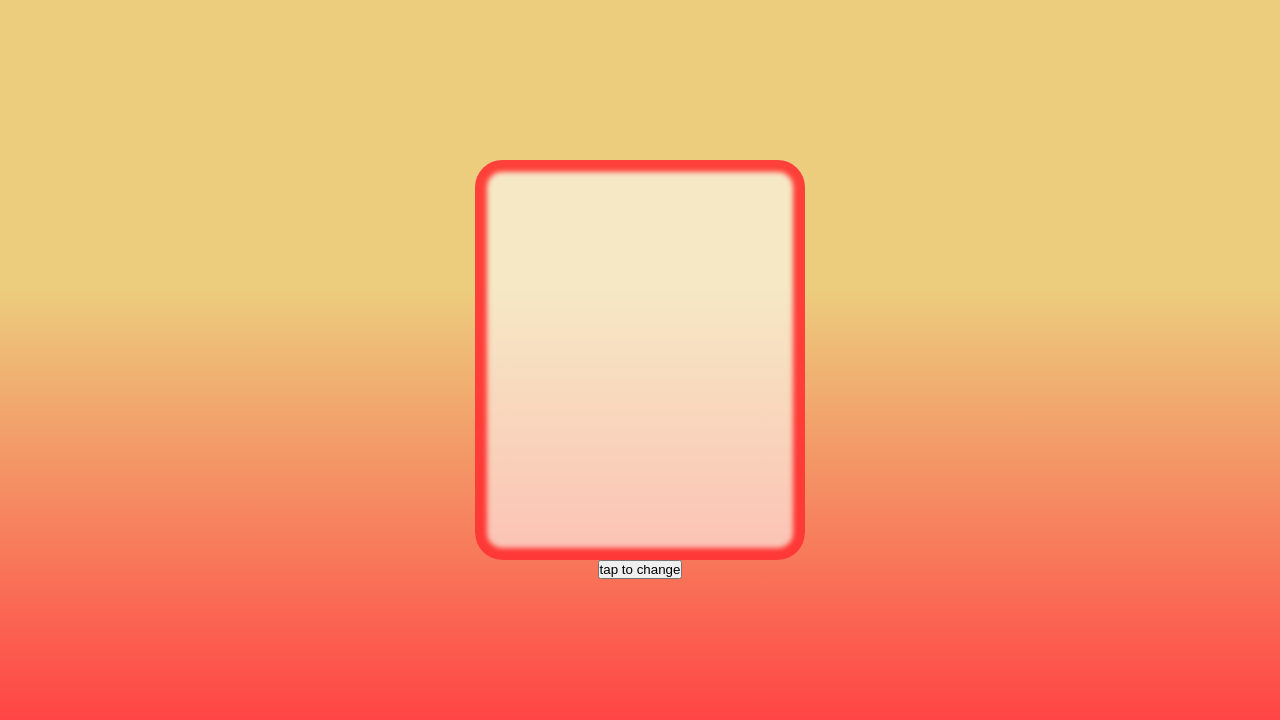
Repository: ThanhThn/profile
Page: index.html
These files come from the project's save history. The page is drawn as it stood at one moment and after the next save; the edit follows.
The browser window is 1280 px wide. The pictures show the whole page.

Above is the page before, as saved 2022-12-04 23:45:19.

### index.html
<!DOCTYPE html>
<html lang="en">
<head>
    <meta charset="UTF-8">
    <meta http-equiv="X-UA-Compatible" content="IE=edge">
    <meta name="viewport" content="width=device-width, initial-scale=1.0">
    <title>Document</title>
    <link rel="stylesheet" href="style.css">
</head>
<body>
    <div class="container">
        <div class="content"></div>
        <button>tap to change</button>
    </div>
</body>
</html>

### style.css
*{
    padding: 0;
    margin: 0;
    box-sizing: border-box;
}

body{
    background:  linear-gradient( to bottom, rgba(223, 172,39,60%) 40%, rgba(255,22,22,80%) 100% );
    width: 100%;
    height: 100vh;
}
.container{
    position: absolute;
    top: calc((100% - 400px)/2);
    left: calc((100% - 330px)/2);
    display: flex;
    flex-direction: column;
    align-items: center;
}

.content{
    width: 330px;
    height: 400px;
    background: rgba(255, 255, 255, 55%);
    border-radius: 27px;
    box-shadow: inset 0px 0px 5px 12px rgba(255,22,22,80%);
}

After the next save:
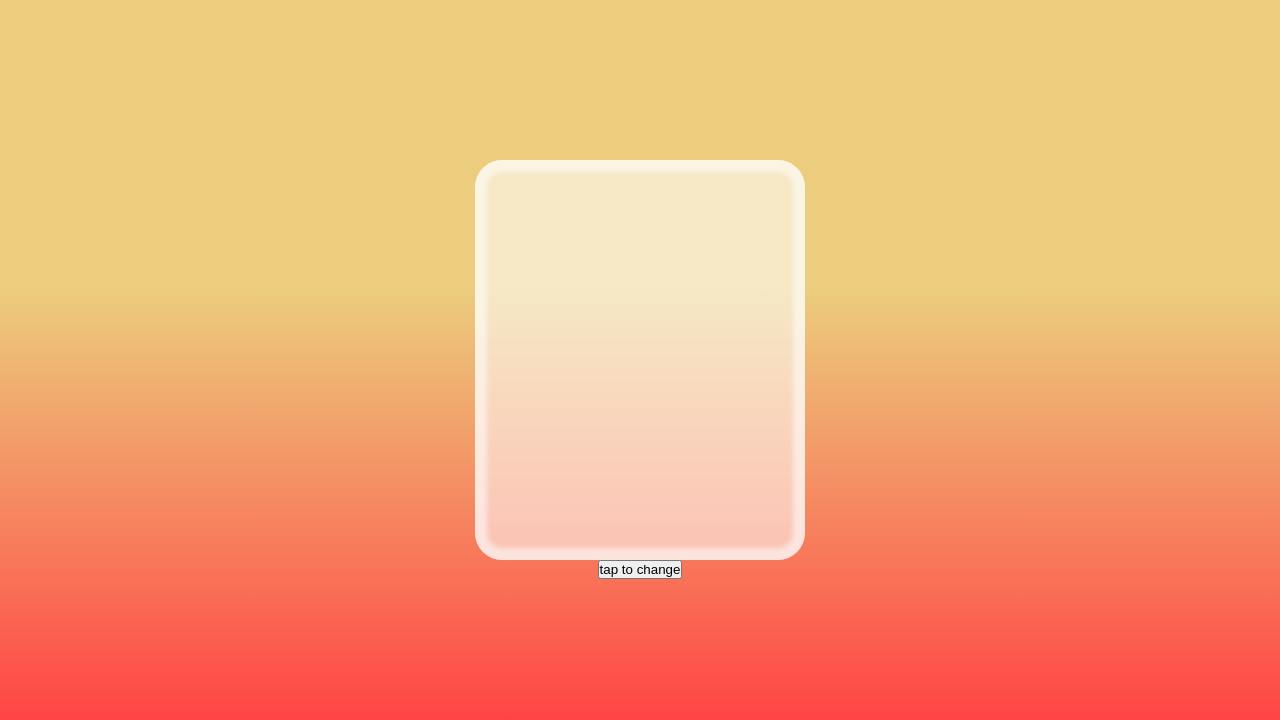
Saved 15 s later.
--- a/style.css
+++ b/style.css
@@ -23,5 +23,5 @@ body{
     height: 400px;
     background: rgba(255, 255, 255, 55%);
     border-radius: 27px;
-    box-shadow: inset 0px 0px 5px 12px rgba(255,22,22,80%);
+    box-shadow: inset 0px 0px 5px 12px rgba(255, 255, 255, 55%);
 }
